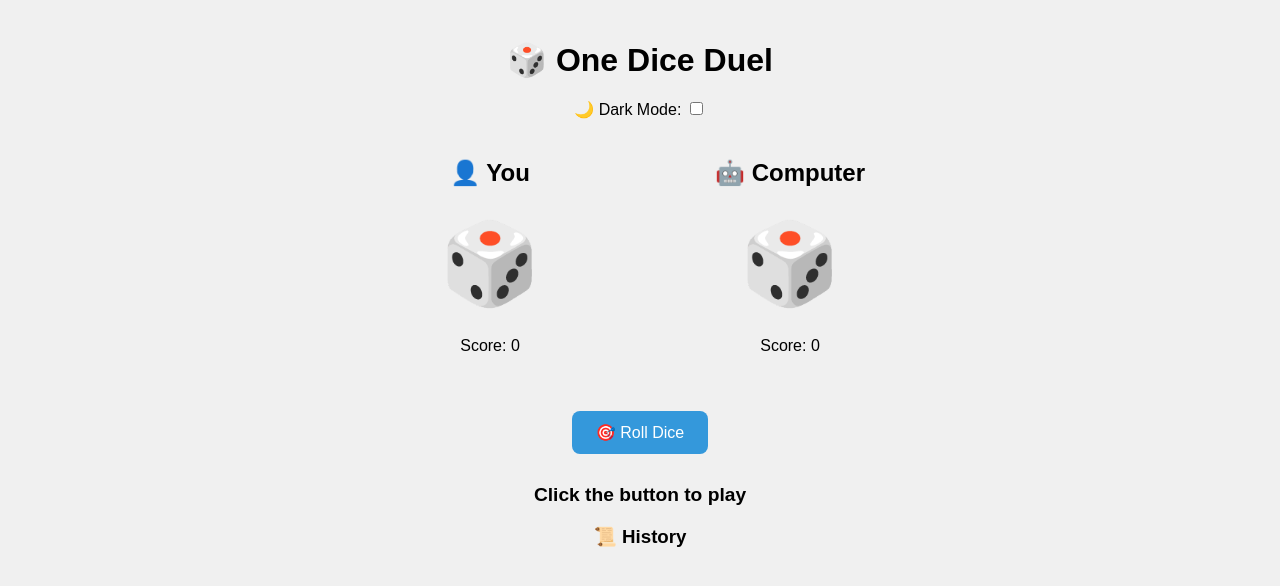
Repository: alokanand524/anand-portfolio
Page: games/dice-game/index.html
These files come from the project's save history. The page is drawn as it stood at one moment and after the next save; the edit follows.
The browser window is 1280 px wide. The pictures show the whole page.

Above is the page before, as saved 2025-07-31 15:10:34.

### games/dice-game/index.html
<!DOCTYPE html>
<html lang="en">
<head>
  <meta charset="UTF-8" />
  <meta name="viewport" content="width=device-width, initial-scale=1.0"/>
  <title>🎲 Dice Duel</title>
  <link rel="stylesheet" href="style.css" />
  <script src="https://code.jquery.com/jquery-3.6.0.min.js"></script>
</head>
<body>
  <div class="game-container">
    <h1>🎲 One Dice Duel</h1>

    <label class="dark-toggle">
      🌙 Dark Mode:
      <input type="checkbox" id="dark-mode-toggle" />
    </label>

    <div class="dice-section">
      <div class="player">
        <h2>👤 You</h2>
        <div class="dice" id="player-dice">🎲</div>
        <p id="player-score">Score: 0</p>
      </div>
      <div class="computer">
        <h2>🤖 Computer</h2>
        <div class="dice" id="computer-dice">🎲</div>
        <p id="computer-score">Score: 0</p>
      </div>
    </div>

    <button id="roll-btn">🎯 Roll Dice</button>
    <div id="result">Click the button to play</div>

    <h3>📜 History</h3>
    <ul id="history-log"></ul>
  </div>

  <audio id="roll-sound" src="https://assets.mixkit.co/sfx/preview/mixkit-dice-roll-1053.mp3"></audio>
  <audio id="win-sound" src="https://assets.mixkit.co/sfx/preview/mixkit-game-win-2016.mp3"></audio>
  <audio id="lose-sound" src="https://assets.mixkit.co/sfx/preview/mixkit-losing-piano-2024.mp3"></audio>

  <script src="script.js"></script>
</body>
</html>

### games/dice-game/style.css
body {
  font-family: Arial, sans-serif;
  background-color: #f0f0f0;
  margin: 0;
  padding: 0;
  text-align: center;
}

.game-container {
  max-width: 600px;
  margin: auto;
  padding: 20px;
}

h1 {
  font-size: 2rem;
  margin-bottom: 20px;
}

.dice-section {
  display: flex;
  justify-content: space-around;
  flex-wrap: wrap;
  margin-bottom: 20px;
}

.player, .computer {
  flex: 1 1 40%;
  margin-bottom: 20px;
}

.dice {
  font-size: 5rem;
  padding: 10px;
  transition: transform 0.3s;
}

.dice.animate {
  transform: rotate(360deg) scale(1.2);
}

#roll-btn {
  padding: 12px 24px;
  font-size: 1rem;
  background-color: #3498db;
  color: white;
  border: none;
  border-radius: 8px;
  cursor: pointer;
  margin-bottom: 20px;
}

#roll-btn:hover {
  background-color: #2980b9;
}

#result {
  font-size: 1.2rem;
  font-weight: bold;
  margin: 10px 0 20px;
}

#history-log {
  list-style-type: none;
  padding: 0;
}

.dark-toggle {
  margin-bottom: 20px;
  display: block;
  font-size: 1rem;
}

/* Dark mode */
body.dark {
  background-color: #212121;
  color: #fff;
}

body.dark .dice {
  background-color: #21212100;
}

body.dark #roll-btn {
  background-color: #555;
}

body.dark #roll-btn:hover {
  background-color: #666;
}

@media (max-width: 600px) {
  .dice-section {
    flex-direction: column;
    align-items: center;
  }

  .dice {
    font-size: 4rem;
  }

  #roll-btn {
    width: 80%;
    font-size: 1rem;
  }
}

### games/dice-game/script.js
const diceFaces = ['⚀','⚁','⚂','⚃','⚄','⚅'];
let playerScore = 0;
let computerScore = 0;
let round = 0;

const rollSound = document.getElementById('roll-sound');
const winSound = document.getElementById('win-sound');
const loseSound = document.getElementById('lose-sound');

function rollDie() {
  // Roll returns value from 0-5
  return Math.floor(Math.random() * 6);
}

function updateDice($elem, roll) {
  $elem.addClass('animate').text(diceFaces[roll]);
  setTimeout(() => $elem.removeClass('animate'), 300);
}

function updateScores() {
  $('#player-score').text(`Score: ${playerScore}`);
  $('#computer-score').text(`Score: ${computerScore}`);
}

function saveToLocal() {
  localStorage.setItem('playerScore', playerScore);
  localStorage.setItem('computerScore', computerScore);
  localStorage.setItem('historyLog', $('#history-log').html());
}

function loadFromLocal() {
  if (localStorage.getItem('playerScore')) {
    playerScore = parseInt(localStorage.getItem('playerScore'));
    computerScore = parseInt(localStorage.getItem('computerScore'));
    $('#history-log').html(localStorage.getItem('historyLog'));
  }
  updateScores();
}

function playRound() {
  rollSound.play();
  round++;

  const playerRoll = rollDie();
  const computerRoll = rollDie();

  // Show dice faces (index from 0)
  updateDice($('#player-dice'), playerRoll);
  updateDice($('#computer-dice'), computerRoll);

  // Convert roll to real values (1–6)
  const playerValue = playerRoll + 1;
  const computerValue = computerRoll + 1;

  let result = '';
  if (playerValue > computerValue) {
    playerScore++;
    winSound.play();
    result = '🎉 You win!';
  } else if (playerValue < computerValue) {
    computerScore++;
    loseSound.play();
    result = '😢 Computer wins!';
  } else {
    result = '🤝 Tie!';
  }

  $('#result').text(result);
  $('#history-log').prepend(
    `<li>Round ${round}: You ${diceFaces[playerRoll]} (${playerValue}) vs ${diceFaces[computerRoll]} (${computerValue}) → ${result}</li>`
  );

  updateScores();
  saveToLocal();
}

function setupDarkMode() {
  const toggle = $('#dark-mode-toggle');
  const darkPref = localStorage.getItem('darkMode') === 'true';
  if (darkPref) {
    $('body').addClass('dark');
    toggle.prop('checked', true);
  }

  toggle.change(function () {
    $('body').toggleClass('dark');
    localStorage.setItem('darkMode', $(this).is(':checked'));
  });
}

$(document).ready(function () {
  setupDarkMode();
  loadFromLocal();
  $('#roll-btn').click(playRound);
});

After the next save:
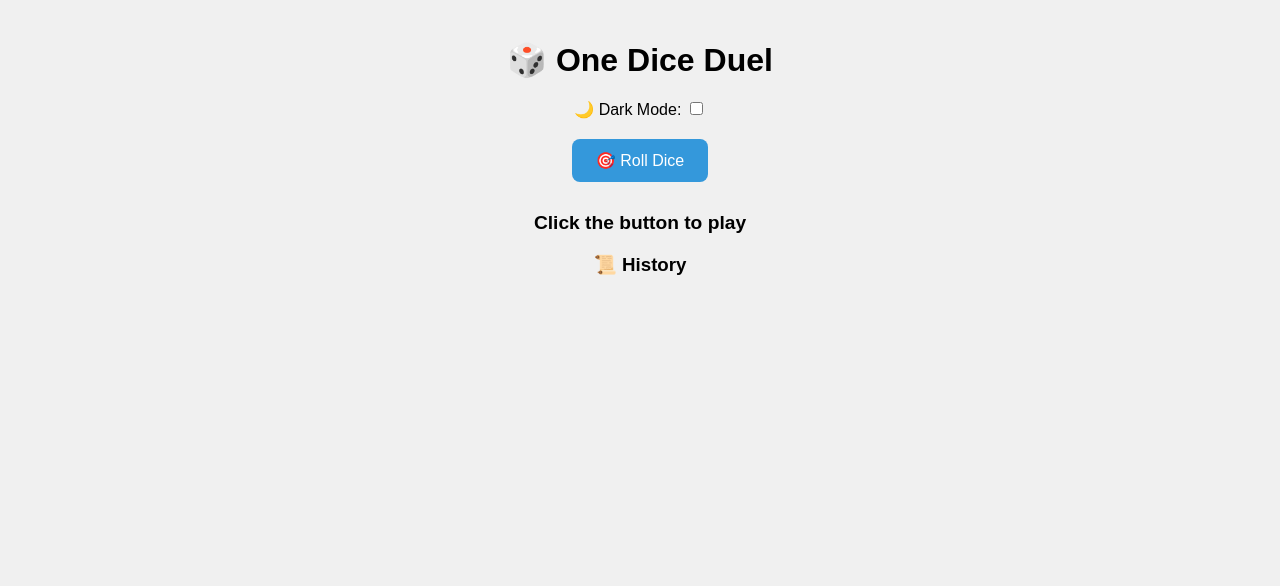
Saved 65 s later.
--- a/games/dice-game/index.html
+++ b/games/dice-game/index.html
@@ -16,7 +16,7 @@
       <input type="checkbox" id="dark-mode-toggle" />
     </label>
 
-    <div class="dice-section">
+    <!-- <div class="dice-section">
       <div class="player">
         <h2>👤 You</h2>
         <div class="dice" id="player-dice">🎲</div>
@@ -27,7 +27,7 @@
         <div class="dice" id="computer-dice">🎲</div>
         <p id="computer-score">Score: 0</p>
       </div>
-    </div>
+    </div> -->
 
     <button id="roll-btn">🎯 Roll Dice</button>
     <div id="result">Click the button to play</div>
